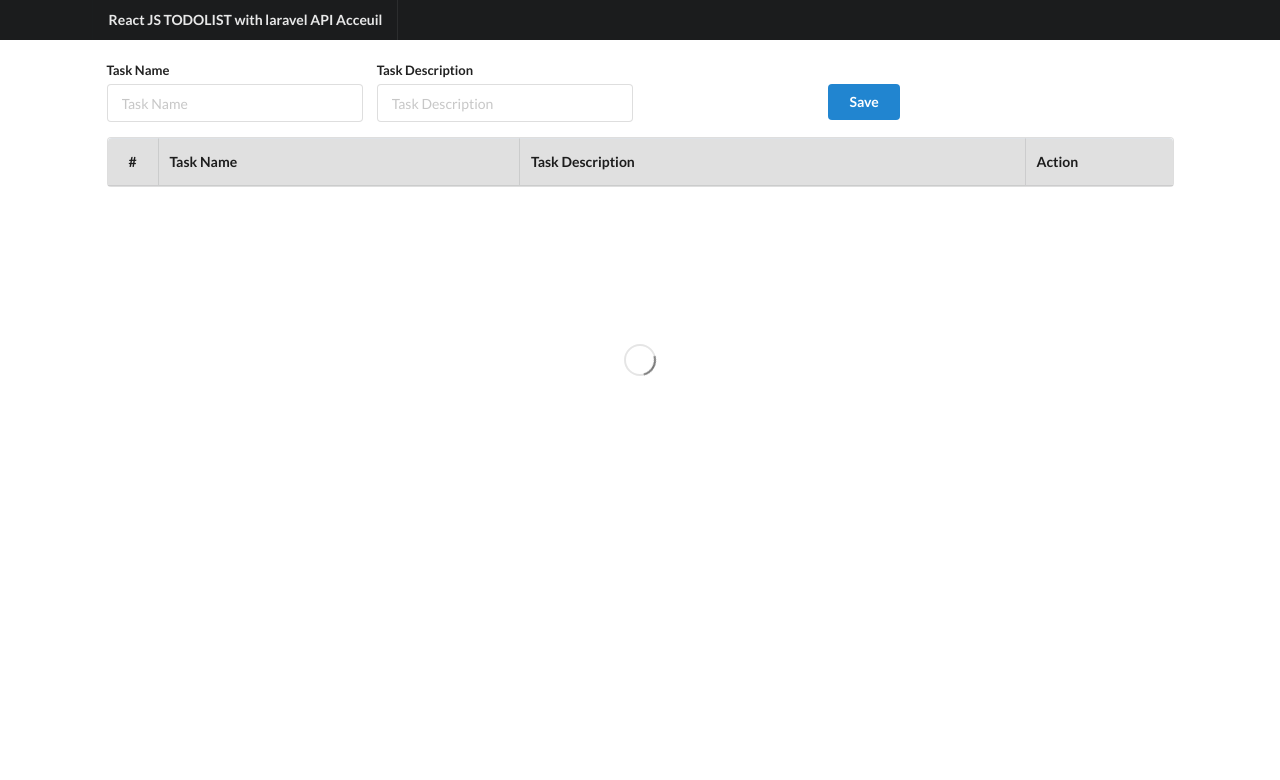
Repository: balkisys/react-js-crud
Page: /
The author's editor kept a copy of each file at every save. The page is drawn from the files as they stood at one save, then again after the next save.
The browser window is 1280 px wide. The pictures show the whole page.
The page's requests for data from a server got no answer. The project was rebuilt for these pictures with package versions that can differ from the ones it lists, and the page was loaded fresh each time. No one was signed in, and anything a server would have sent is missing. Also part of the build but not shown: src/components/Task.js.

Above is the page before, as saved 2021-02-07 17:36:45.

After the next save:
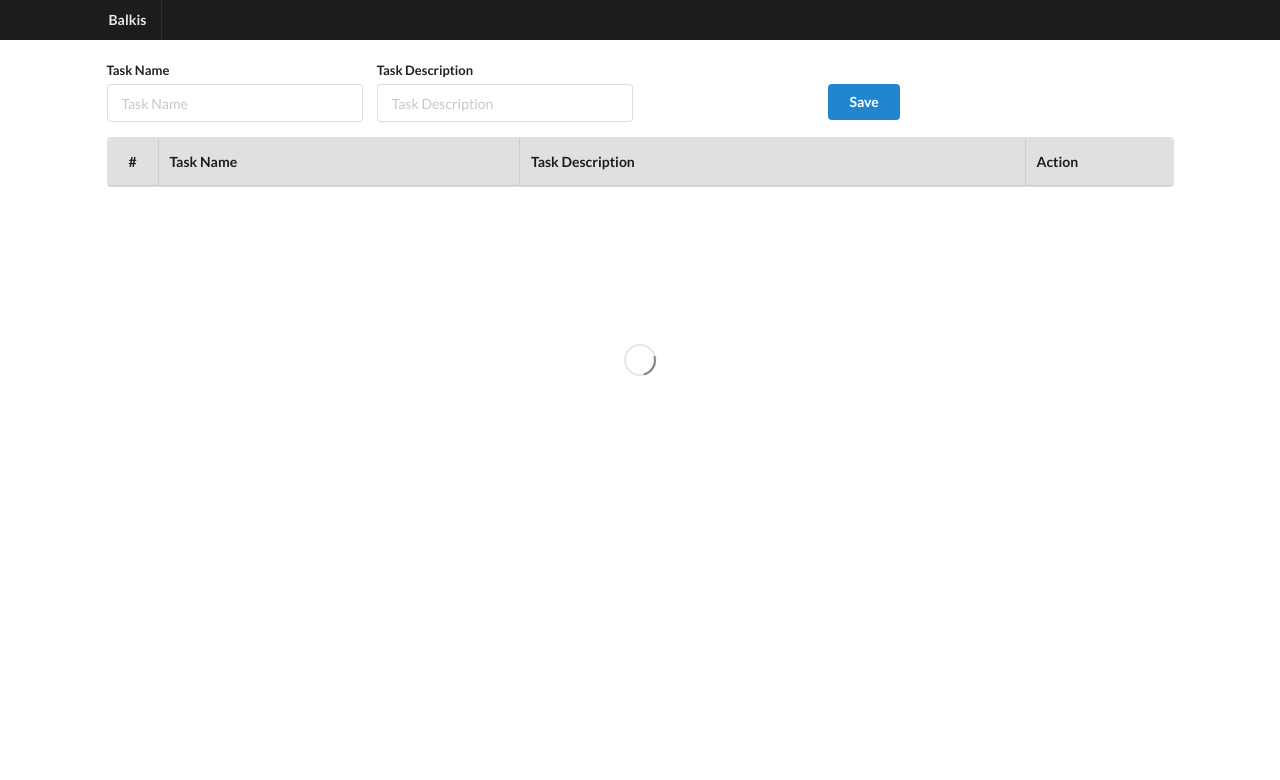
Saved 66 s later.
--- a/src/components/Home.js
+++ b/src/components/Home.js
@@ -76,16 +76,7 @@ class Home extends Component {
     render () {
       return (
           <div>
-          <div className="ui fixed inverted menu">
-          <div className="ui container">
 
-           <a href="/#" className="header item">
-                          React JS TODOLIST  with laravel API Acceuil
-               </a>
-
-
-          </div>
-          </div>
           <div className="ui main container">
            <MyForm task={this.state.task}  onFormSubmit={this.onFormSubmit }     />
            {

After the save that followed:
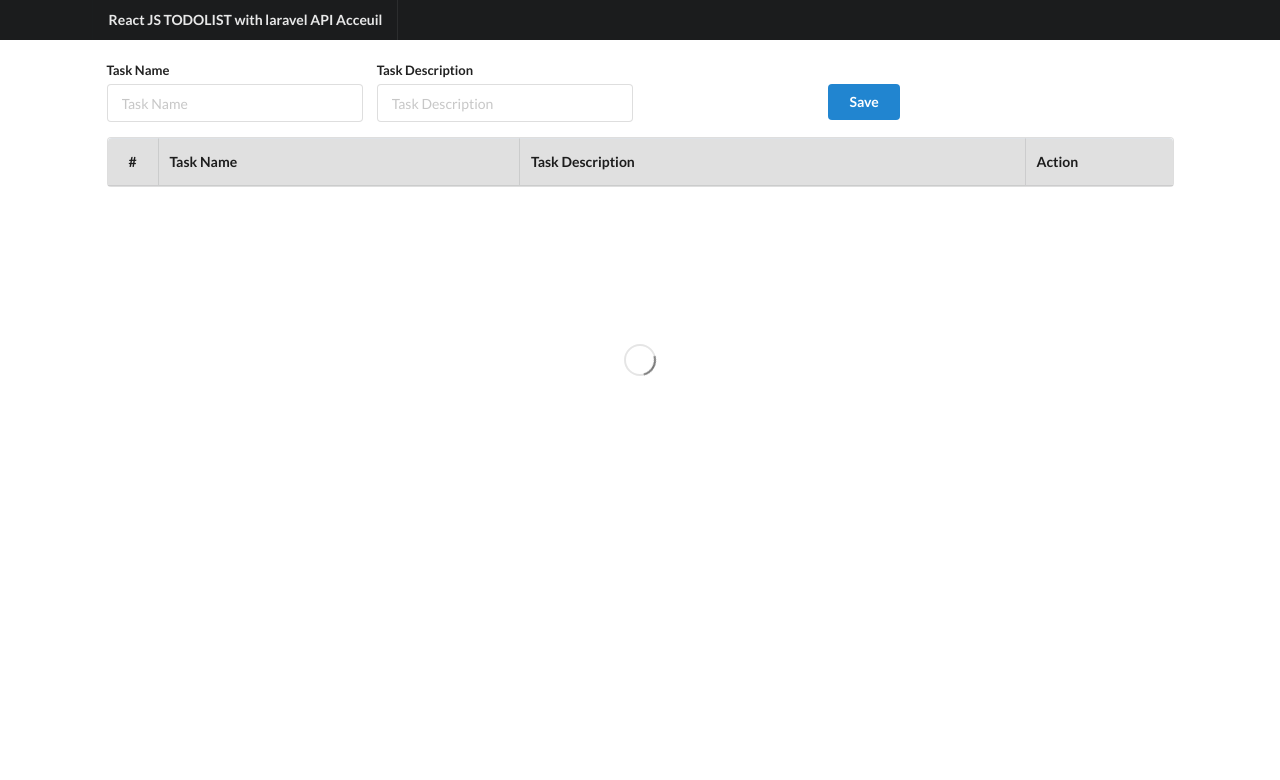
Saved 16 s later.
--- a/src/components/App.js
+++ b/src/components/App.js
@@ -10,11 +10,11 @@ class App extends Component {
     render () {
       return (
           <div>
-          <div className="ui fixed inverted menu">
+           <div className="ui fixed inverted menu">
           <div className="ui container">
 
            <a href="/#" className="header item">
-                         Balkis
+                          React JS TODOLIST  with laravel API Acceuil
                </a>
 
 
